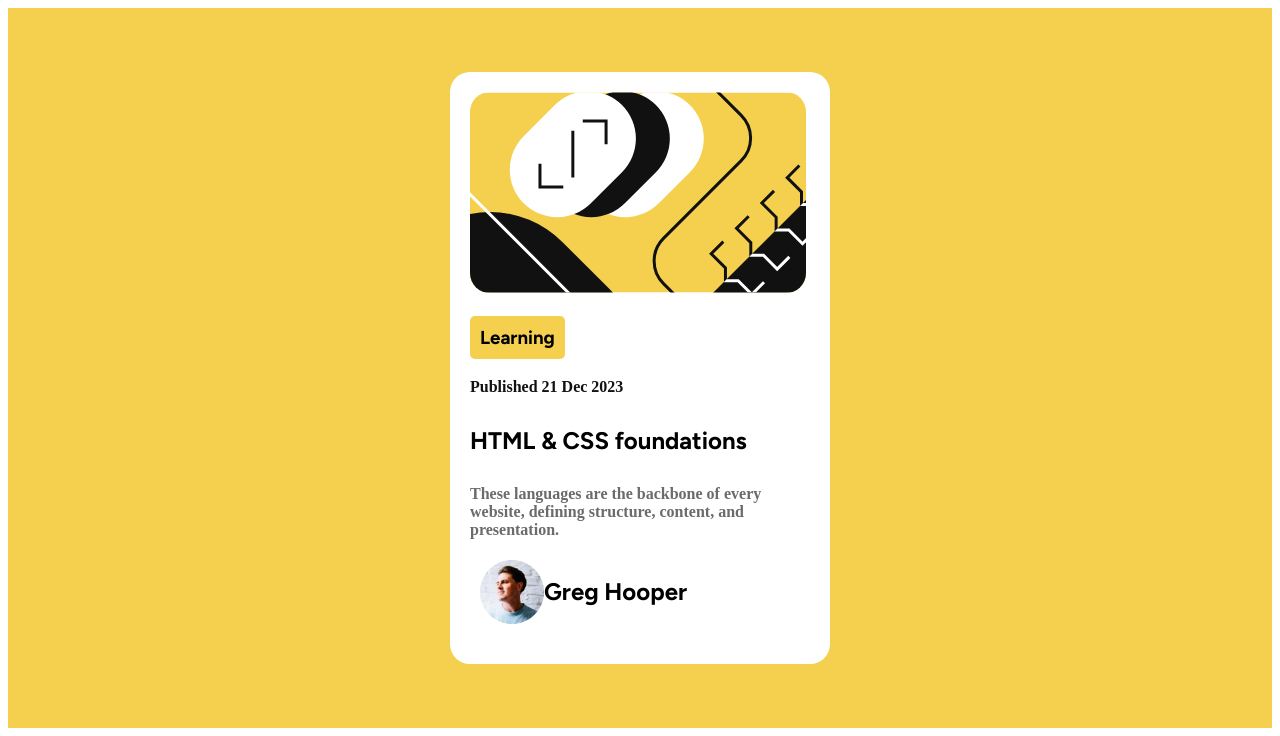
Repository: reemoon-ctrl/blog-preview-card
Page: index.html
The author's editor kept a copy of each file at every save. The page is drawn from the files as they stood at one save, then again after the next save.
The browser window is 1280 px wide. The pictures show the whole page.

Above is the page before, as saved 2024-07-19 14:49:36.

### index.html
<!DOCTYPE html>
<html>
    <head>
        <title>Frontend Mentor | Blog preview card</title>
        <link rel="stylesheet" href="index.css" />
        <style>
            @import url('https://fonts.googleapis.com/css2?family=Figtree:ital,wght@0,300..900;1,300..900&display=swap');
        </style>


    </head>
    <body>
        <article class="blog-card-article">
            <div class="blog-card">
                <img class="blog-img"src="img\illustration-article.svg" alt="illustration-article" />
                <h3 class="blog-category">Learning</h3>
                <b class="blog-date">Published 21 Dec 2023</b>
                <h1 class="blog-title">HTML & CSS foundations</h1>
                <b class="blog-discrip">These languages are the backbone of every website, defining structure, content, and presentation.</b>
                <h2 class="blog-author"><img  src="img\image-avatar.webp" alt="Greg Hooper avatar"/>Greg Hooper</h2>
            </div>
        </article>

    </body>
</html>

### index.css
.blog-card-article{
    min-height: 100vh;
    display: flex;
    align-items:center;
    justify-content: center;
    background-color: hsl(47, 88%, 63%);


}

.blog-card{
    background-color: white;
    padding: 20px;
    border-radius: 20px;
    flex-basis: 340px;
}

.blog-img{
    border-radius: 20px;


}

.blog-category{

    background-color: hsl(47, 88%, 63%);
    width:fit-content;
    border-radius: 5px;
    padding: 10px 10px;
    font-family: "Figtree", sans-serif;
    font-optical-sizing: auto;
    font-weight: 500px;
    font-style: normal;



}

.blog-date{
    color: hsl(0, 0%, 7%);

}

.blog-title{
    padding: 10px 0;
    font-family: "Figtree", sans-serif;
    font-optical-sizing: auto;
    font-weight: 900px;
    font-style: normal;

}
.blog-discrip{
    color:hsl(0, 0%, 42%);

}

.blog-author{
    display: flex;
    align-items:center;
    padding: 0px 10px;
    gap: ;
    font-family: "Figtree", sans-serif;
    font-optical-sizing: auto;
    font-weight: 500px;
    font-style: normal;

}

After the next save:
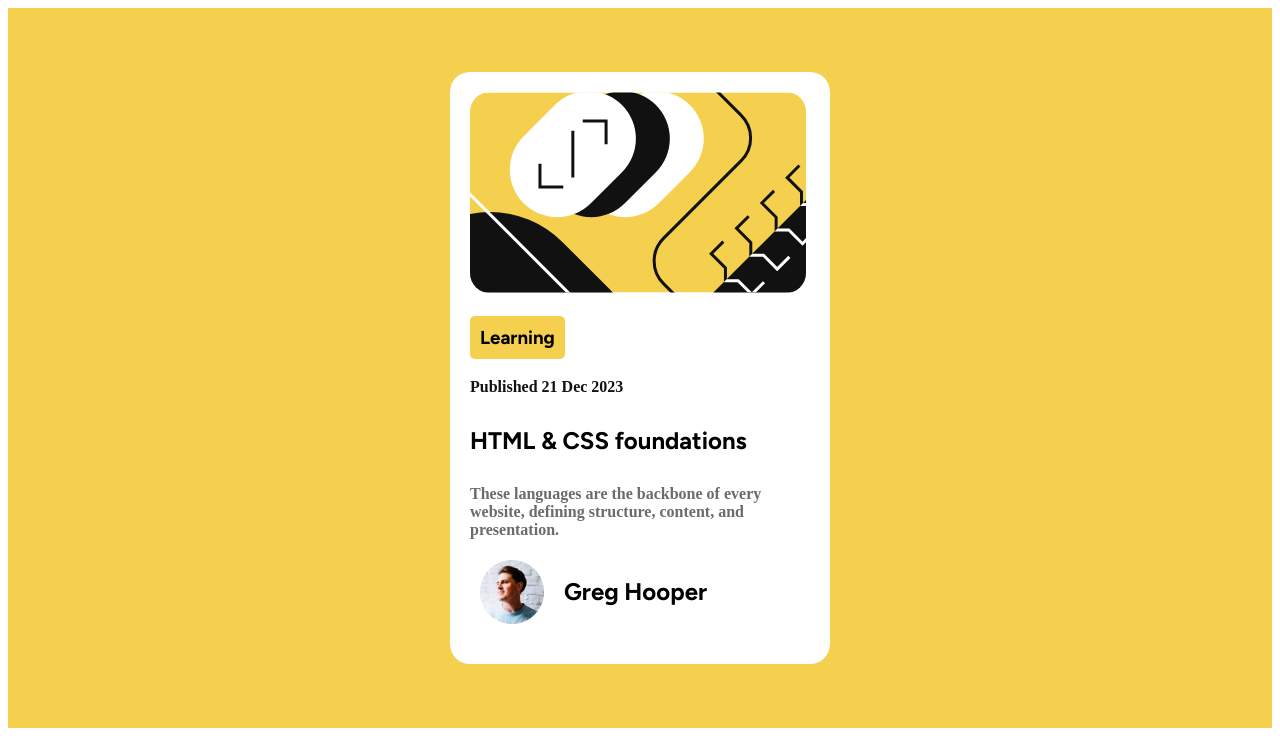
Saved 5 s later.
--- a/index.css
+++ b/index.css
@@ -58,7 +58,7 @@
     display: flex;
     align-items:center;
     padding: 0px 10px;
-    gap: ;
+    gap: 20px;
     font-family: "Figtree", sans-serif;
     font-optical-sizing: auto;
     font-weight: 500px;
